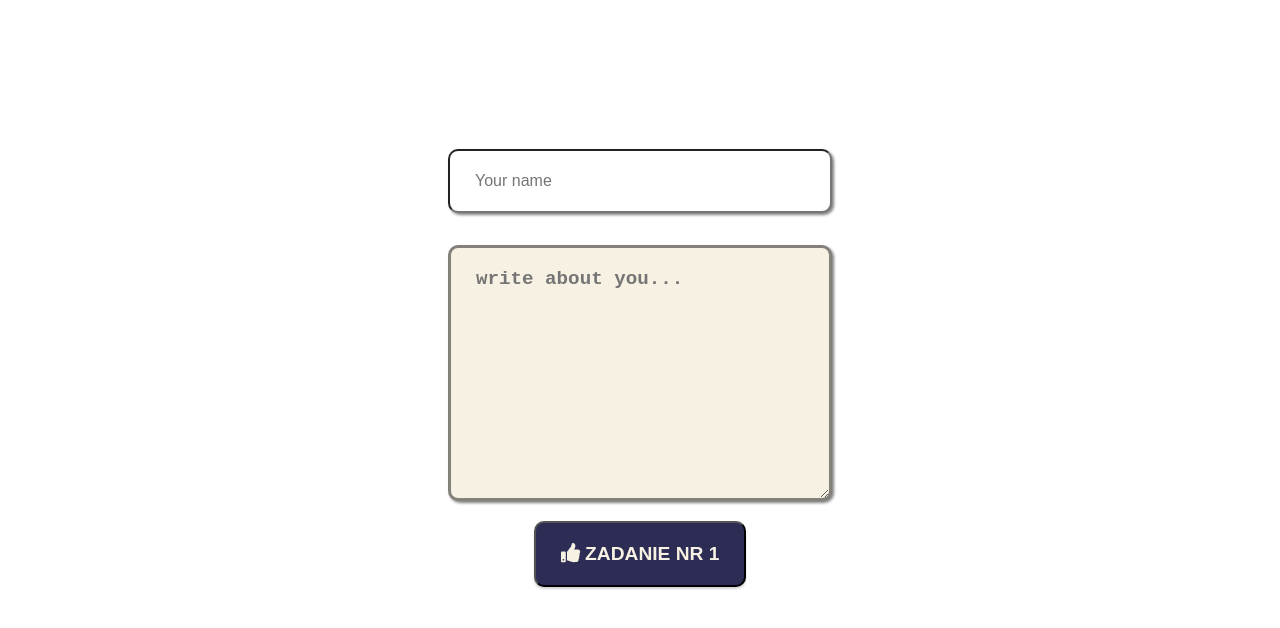
Repository: KrzysKolo/sr_tydzien3_zad_1_2_3
Page: /
These files come from the project's save history. The page is drawn as it stood at one moment and after a run of saves; the edit follows.
The browser window is 1280 px wide. The pictures show the whole page.
The project was rebuilt for these pictures with package versions that can differ from the ones it lists, and the page was loaded fresh each time.

Above is the page before, as saved 2020-11-02 17:59:40.

After the next 2 saves:
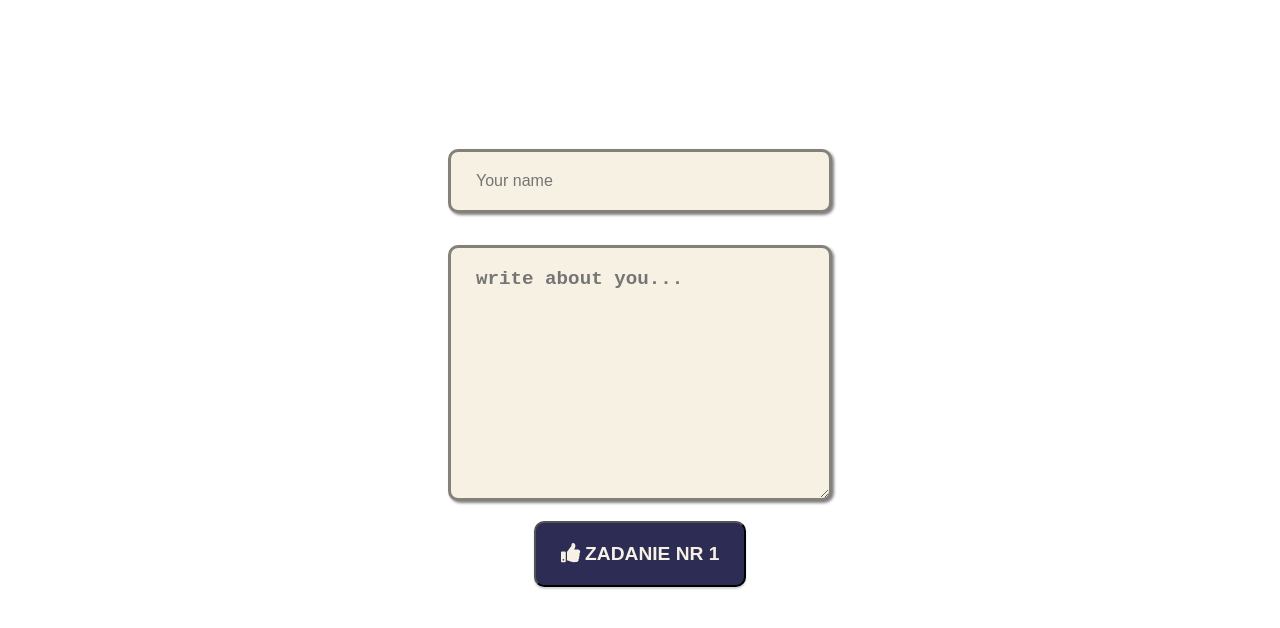
The 2 saves are shown as one change because 1 did not build or start.
The last was saved 91 s later.
--- a/src/components/Form/Input.js
+++ b/src/components/Form/Input.js
@@ -1,14 +1,15 @@
 import React from 'react';
 import styled from 'styled-components';
+import ColorPalet from './../Colors/ColorPalet';
 
 
 const Input = ({placeholder, color, bgColor, borderSize, borderRadius, borderColor}) => {
     const Input = styled.input`
-    background-color: ${bgColor};
+    background-color: ${ColorPalet[bgColor.toLowerCase()]};
     border-radius: ${borderRadius};
-    border: ${borderSize} solid ${borderColor};;
+    border: ${borderSize} solid ${ColorPalet[borderColor.toLowerCase()]};;
     box-shadow: 2px 2px 3px grey;
-    color: ${color};
+    color: ${ColorPalet[color.toLowerCase()]};
     font-size: 1rem;
     height: 5vw;
     margin: 1rem auto;
